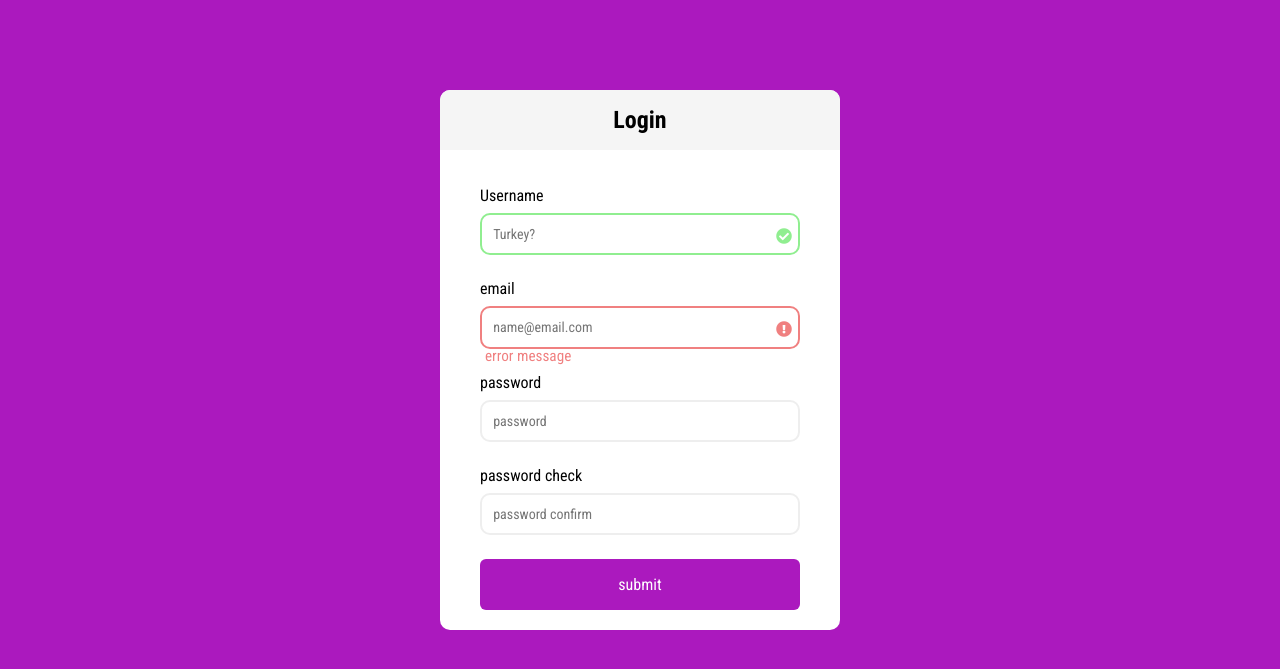
Repository: Abdoulrhman-altyeb/form-_validation-
Page: index.html
The author's editor kept a copy of each file at every save. The page is drawn from the files as they stood at one save, then again after a run of saves.
The browser window is 1280 px wide. The pictures show the whole page.

Above is the page before, as saved 2021-05-23 21:01:35.

### index.html
<!DOCTYPE html>
<html lang="en">
<head>
    <meta charset="UTF-8">
    <meta http-equiv="X-UA-Compatible" content="IE=edge">
    <meta name="viewport" content="width=device-width, initial-scale=1.0">
    <link rel="stylesheet" href="style.css">
    <link rel="stylesheet" href="https://cdnjs.cloudflare.com/ajax/libs/font-awesome/5.15.3/css/all.min.css"
        integrity="sha512-iBBXm8fW90+nuLcSKlbmrPcLa0OT92xO1BIsZ+ywDWZCvqsWgccV3gFoRBv0z+8dLJgyAHIhR35VZc2oM/gI1w=="
        crossorigin="anonymous" referrerpolicy="no-referrer" />
    <script src="script.js" defer></script>
    <title>form validation</title>
</head>
<body>
    <div class="container">
        <div class="header">
            <h2>Login</h2>
        </div>
        <form class="form">
            <div class="form-control succes">
                <label for="username">Username</label>
                <input type="text" placeholder="Turkey?" id="username">
                <i class="fa fa-check-circle"></i>
                <i class="fa fa-exclamation-circle"></i>
                <small>error message</small>
            </div>
            <div class="form-control error">
                <label for="email">email</label>
                <input type="email" placeholder="name@email.com" id="email">
                <i class="fa fa-check-circle"></i>
                <i class="fa fa-exclamation-circle"></i>
                <small>error message</small>
            </div>
            <div class="form-control">
                <label for="password">password</label>
                <input type="password" placeholder="password" id="password">
                <i class="fa fa-check-circle"></i>
                <i class="fa fa-exclamation-circle"></i>
                <small>error message</small>
            </div>
            <div class="form-control">
                <label for="password2">password check</label>
                <input type="password" placeholder="password confirm" id="password2">
                <i class="fa fa-check-circle"></i>
                <i class="fa fa-exclamation-circle"></i>
                <small>error message</small>
            </div>
            <button type="submit" id="btn">submit</button>
        </form>
    </div>
</body>
</html>

### style.css
@import url('https://fonts.googleapis.com/css2?family=Roboto+Condensed:wght@400;700&display=swap');
*{
    padding:0;
    margin:0;
    box-sizing:border-box;
    font-family: 'Roboto Condensed', sans-serif;
}
body{
    display: flex;
    justify-content: center;
    align-items: center;
    min-height:100vh;
    background:rgb(171, 25, 190);
}
.container{
    background:white;
    width:400px;
    display: flex;
    flex-direction: column;
    border-radius:10px;
    overflow: hidden;
}
.header{
    text-align: center;
    padding:10px 40px;
    padding:1rem;
    background:whitesmoke;
    margin-bottom:1rem;
}
.form{
    padding:20px 40px;
}
.form-control{
    margin-bottom:0.5rem;
    padding-bottom:1rem;
    position: relative;
}
.form-control label{
    display: inline-block;
    margin-bottom:0.5rem;
}
.form-control input{
    display: block;
    border:2px solid #eee;
    width:100%;
    padding:0.7rem;
    font-size:14px;
    border-radius:10px;
    outline:none;
}
.form-control i {
    position: absolute;
    top: 42px;
    right:0.5rem;
    visibility: hidden;
}
.form-control small {
    position: absolute;
    font-size:0.95rem;
    bottom:0;
    left:5px;
    visibility: hidden;
}

#btn {
    display: block;
    width:100%;
    background:rgb(171, 25, 190);
    color:white;
    padding:1rem;
    border-radius: 6px;
    border:none;
    font-size:1rem;
}

.form-control.succes i.fa-check-circle{
    visibility: visible;
    color:lightgreen;
}
.form-control.succes input {
    border:2px solid lightgreen;
}


.form-control.error i.fa-exclamation-circle{
    visibility: visible;
    color:lightcoral;
}
.form-control.error input {
    border:2px solid lightcoral;
}
.form-control.error small {
    visibility: visible;
    color:lightcoral;
}

Loaded but not shown: script.js (no copy from this time; the picture is the same without it)

After the next 2 saves:
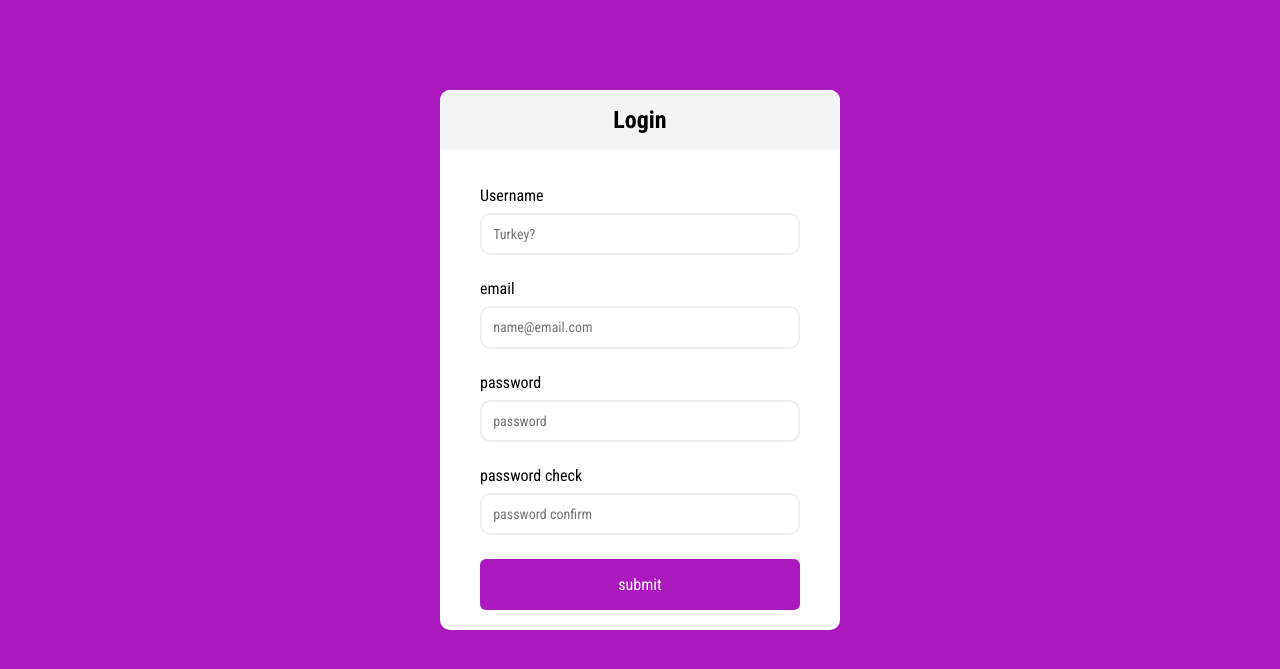
The 2 saves are shown as one change because they came seconds apart.
The last was saved 17 s later.
--- a/index.html
+++ b/index.html
@@ -17,14 +17,14 @@
             <h2>Login</h2>
         </div>
         <form class="form">
-            <div class="form-control succes">
+            <div class="form-control">
                 <label for="username">Username</label>
                 <input type="text" placeholder="Turkey?" id="username">
                 <i class="fa fa-check-circle"></i>
                 <i class="fa fa-exclamation-circle"></i>
                 <small>error message</small>
             </div>
-            <div class="form-control error">
+            <div class="form-control">
                 <label for="email">email</label>
                 <input type="email" placeholder="name@email.com" id="email">
                 <i class="fa fa-check-circle"></i>
